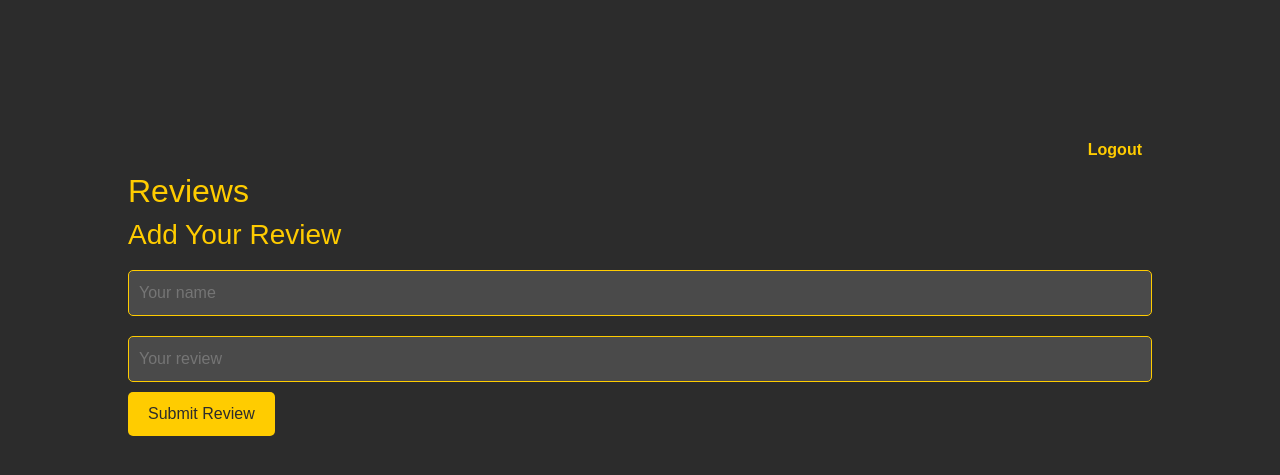
Repository: HitheshSoosaiManickam/Movie-Review-System
Page: Web_Tech/frontend/movie.html
These files come from the project's save history. The page is drawn as it stood at one moment and after the next save; the edit follows.
The browser window is 1280 px wide. The pictures show the whole page.
The page's requests for data from a server got no answer.

Above is the page before, as saved 2024-10-24 20:49:59.

### Web_Tech/frontend/movie.html
<!DOCTYPE html>
<html lang="en">
<head>
    <meta charset="UTF-8">
    <meta name="viewport" content="width=device-width, initial-scale=1.0">
    <title>Movie Reviews</title>
    <link rel="stylesheet" href="https://stackpath.bootstrapcdn.com/bootstrap/4.5.2/css/bootstrap.min.css">
    <link rel="stylesheet" href="styles.css">
</head>
<body style="padding: 10%;">
    <div class="header" style="text-align: right;">
        <a href="./login.html" id="logout">Logout</a>
    </div>

    <div id="movieDetails">
        <h2>Reviews</h2>

        <div id="reviews">
            <!-- Submitted reviews will appear here -->
        </div>

        <h3>Add Your Review</h3>
        <input type="text" id="userName" placeholder="Your name">
        <input type="text" id="reviewContent" placeholder="Your review">
        <button id="submitReview">Submit Review</button>
    </div>

    <!-- JavaScript file to handle review submission -->
    <script>
        document.addEventListener("DOMContentLoaded", () => {
            const reviewsDiv = document.getElementById("reviews");
            const submitButton = document.getElementById("submitReview");
            const userName = document.getElementById("userName");
            const reviewContent = document.getElementById("reviewContent");

            // Fetch and display existing reviews from MongoDB
            async function loadReviews() {
                try {
                    const response = await fetch('http://localhost:3000/api/reviews');
                    if (!response.ok) {
                        throw new Error('Failed to fetch reviews');
                    }
                    const reviews = await response.json();

                    // Display each review
                    reviews.forEach(review => {
                        addReview(review.username, review.content);
                    });
                } catch (error) {
                    console.error('Error loading reviews:', error);
                }
            }

            // Function to display a new review
            function addReview(name, content) {
                const reviewContainer = document.createElement("div");
                reviewContainer.className = "review-item";

                const userNameElem = document.createElement("h4");
                userNameElem.textContent = name;

                const reviewText = document.createElement("p");
                reviewText.textContent = content;

                reviewContainer.appendChild(userNameElem);
                reviewContainer.appendChild(reviewText);

                reviewsDiv.appendChild(reviewContainer);
            }

            // Handle review submission
            submitButton.addEventListener("click", async () => {
                const name = userName.value.trim();
                const reviewText = reviewContent.value.trim();

                if (name && reviewText) {
                    try {
                        // Save review to the server (MongoDB)
                        const response = await fetch('http://localhost:3000/api/reviews', {
                            method: 'POST',
                            headers: {
                                'Content-Type': 'application/json',
                            },
                            body: JSON.stringify({ username: name, content: reviewText }),
                        });

                        const data = await response.json();
                        alert(data.message);

                        // Display the review on the page
                        addReview(name, reviewText);

                        // Clear input fields after submission
                        userName.value = "";
                        reviewContent.value = "";
                    } catch (error) {
                        console.error('Error submitting review:', error);
                        alert('There was an error submitting your review. Please try again.');
                    }
                } else {
                    alert("Please fill in your name and review before submitting.");
                }
            });

            // Load reviews on page load
            loadReviews();
        });
    </script>
</body>
</html>

### Web_Tech/frontend/styles.css
/* styles.css */

/* General styles */
body {
    font-family: 'Arial', sans-serif;
    background-color: #2c2c2c; /* Dark background for movie theme */
    color: #f1f1f1; /* Light text color for contrast */
    margin: 0;
    padding: 0;
}

/* Container styles */
.container {
    max-width: 800px;
    margin: 0 auto;
    padding: 20px;
    background: rgba(0, 0, 0, 0.8); /* Slightly transparent background */
    border-radius: 10px;
    box-shadow: 0 4px 20px rgba(0, 0, 0, 0.5);
}

/* Header styles */
.header {
    display: flex;
    justify-content: flex-end;
    padding: 10px;
}

.header a {
    color: #ffcc00; /* Gold color for logout link */
    text-decoration: none;
    font-weight: bold;
}

.header a:hover {
    text-decoration: underline;
}

/* Form styles */
h2, h3 {
    color: #ffcc00; /* Gold color for headers */
}

input[type="text"],
input[type="password"] {
    width: 100%;
    padding: 10px;
    margin: 10px 0;
    border: 1px solid #ffcc00; /* Gold border for inputs */
    border-radius: 5px;
    background: #4a4a4a; /* Input background color */
    color: #f1f1f1; /* Text color */
}

input[type="text"]:focus,
input[type="password"]:focus {
    border-color: #ffcc00; /* Highlight border on focus */
    outline: none;
}

/* Button styles */
button {
    background-color: #ffcc00; /* Gold button */
    color: #2c2c2c; /* Dark text */
    border: none;
    padding: 10px 20px;
    border-radius: 5px;
    cursor: pointer;
    transition: background-color 0.3s ease;
}

button:hover {
    background-color: #e6b800; /* Slightly darker gold on hover */
}

/* Review item styles */
.review-item {
    border-bottom: 1px solid #444;
    padding: 10px 0;
}

.review-item h4 {
    margin: 0;
    color: #ffcc00; /* Gold for username */
}

.review-item p {
    margin: 5px 0 0;
    color: #f1f1f1; /* Light text color for review content */
}

/* Responsive styles */
@media (max-width: 600px) {
    .container {
        padding: 15px;
    }

    button {
        width: 100%; /* Full-width button on small screens */
    }

    input[type="text"],
    input[type="password"] {
        width: calc(100% - 20px); /* Adjust input width */
    }
}

After the next save:
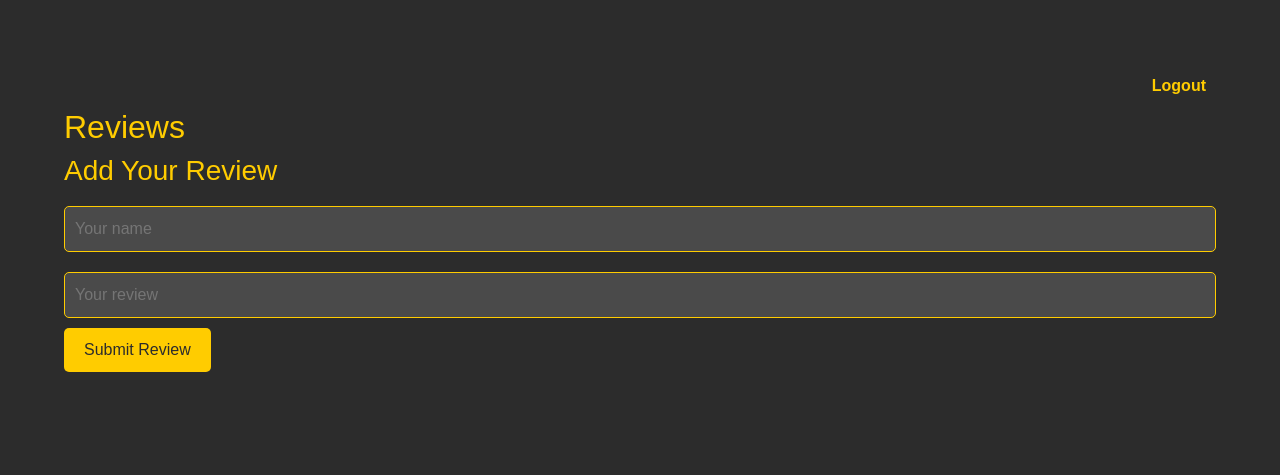
Saved 7 s later.
--- a/Web_Tech/frontend/movie.html
+++ b/Web_Tech/frontend/movie.html
@@ -7,7 +7,7 @@
     <link rel="stylesheet" href="https://stackpath.bootstrapcdn.com/bootstrap/4.5.2/css/bootstrap.min.css">
     <link rel="stylesheet" href="styles.css">
 </head>
-<body style="padding: 10%;">
+<body style="padding: 5%;">
     <div class="header" style="text-align: right;">
         <a href="./login.html" id="logout">Logout</a>
     </div>
